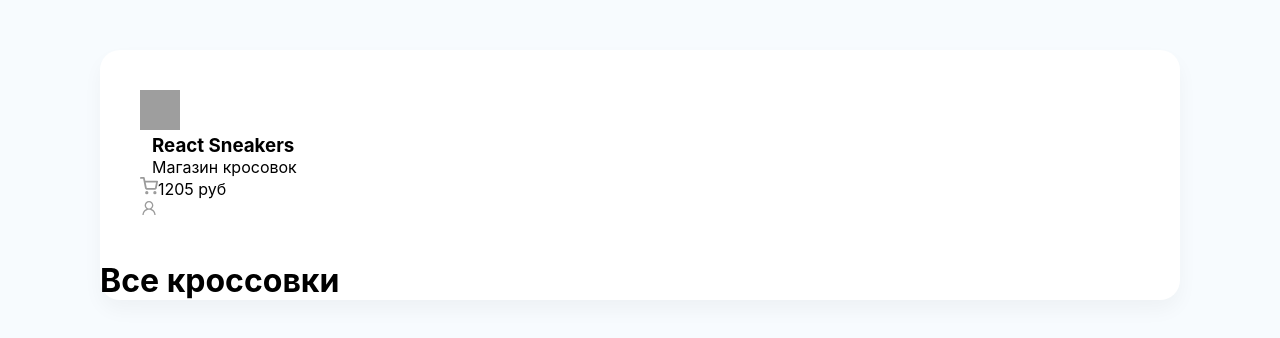
Repository: Azimich/React-Sneakers
Page: /
These files come from the project's save history. The page is drawn as it stood at one moment and after the next save; the edit follows.
The browser window is 1280 px wide. The pictures show the whole page.
Pictures or frames that could not be fetched are drawn as grey boxes. The project was rebuilt for these pictures with package versions that can differ from the ones it lists, and the page was loaded fresh each time.

Above is the page before, as saved 2022-09-22 21:58:53.

### src/index.js
import React from 'react';
import ReactDOM from 'react-dom/client';

import 'macro-css';
import './index.scss';
import App from './App';

const root = ReactDOM.createRoot(document.getElementById('root'));
root.render (
  <React.StrictMode>
    <App />
  </React.StrictMode>
);

### src/index.scss
body {
  margin: 0;
  font-family: -apple-system, BlinkMacSystemFont, 'Segoe UI', 'Roboto', 'Oxygen',
  'Ubuntu', 'Cantarell', 'Fira Sans', 'Droid Sans', 'Helvetica Neue',
  sans-serif;
  background-color: #F7FBFE;
}

*,
*::before,
*::after {
  box-sizing: border-box;
  margin: 0;
  padding: 0;
}

ul {
  list-style: none;
}

a {
  text-decoration: none;
}

input,
textarea,
label,
button {
  background-color: transparent;
  font-family: inherit;
  outline: none;
  display: block;
}

button {
  border: none;
  cursor: pointer;
}

textarea{
  resize: none;
}

h1,h2,h3,h4,h5{
  margin: 0;
}

.wrapper {
  background: #FFFFFF;
  box-shadow: 0px 10px 20px rgba(0, 0, 0, 0.04);
  border-radius: 20px;
  max-width: 1080px;
  margin: 50px auto;
}

header {
  padding: 40px;
}

.headerInfo {
  margin-left: 12px;
}

### src/App.js
import React from 'react';


function App() {
  return (
    <div className="wrapper">
      <header className="d-flex justify-between align-center">
        <div className="d-flex align-center">
          <img width={40} height={40} src="/img/logo.svg" />
          <div className="headerInfo">
            <h3>React Sneakers</h3>
            <p>Магазин кросовок</p>
          </div>
        </div>
        <ul className="d-flex align-center">
          <li className='mr-30 d-flex align-center'>
            <img width={18} height={18} src="/img/cart.svg" />
            <span>1205 руб</span>
          </li>
          <li>
            <img width={18} height={18} src="/img/user.svg" />
          </li>
        </ul>
      </header>
      <div className="content">
        <h1>Все кроссовки</h1>
      </div>
    </div>
  );
}

export default App;

Loaded but not shown: public/index.html (common file)

After the next save:
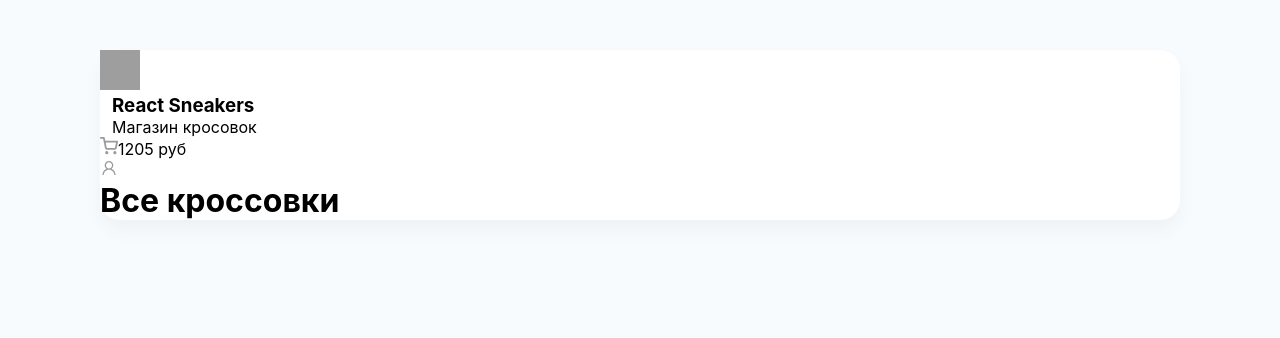
Saved 7 s later.
--- a/src/index.scss
+++ b/src/index.scss
@@ -53,9 +53,9 @@
   margin: 50px auto;
 }
 
-header {
-  padding: 40px;
-}
+// header {
+//   padding: 40px;
+// }
 
 .headerInfo {
   margin-left: 12px;

After the 3 saves that followed:
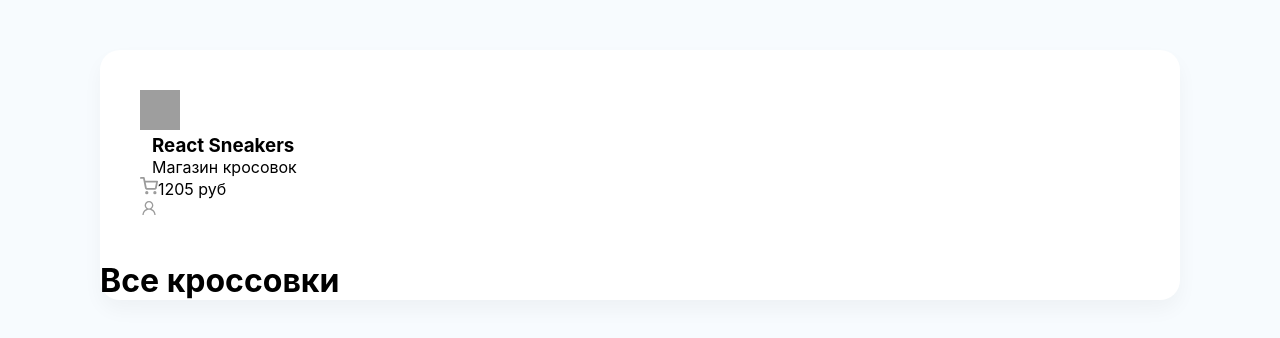
The 3 saves are shown as one change because 2 left the picture as it was.
The last was saved 118 s later.
--- a/src/index.scss
+++ b/src/index.scss
@@ -53,9 +53,9 @@
   margin: 50px auto;
 }
 
-// header {
-//   padding: 40px;
-// }
+header {
+  padding: 40px;
+}
 
 .headerInfo {
   margin-left: 12px;
--- a/src/App.js
+++ b/src/App.js
@@ -4,11 +4,11 @@ import React from 'react';
 function App() {
   return (
     <div className="wrapper">
-      <header className="d-flex justify-between align-center">
+      <header className="d-flex justify-between align-center p-40">
         <div className="d-flex align-center">
           <img width={40} height={40} src="/img/logo.svg" />
           <div className="headerInfo">
-            <h3>React Sneakers</h3>
+            <h3 className='text-uppercase'>React Sneakers</h3>
             <p>Магазин кросовок</p>
           </div>
         </div>
